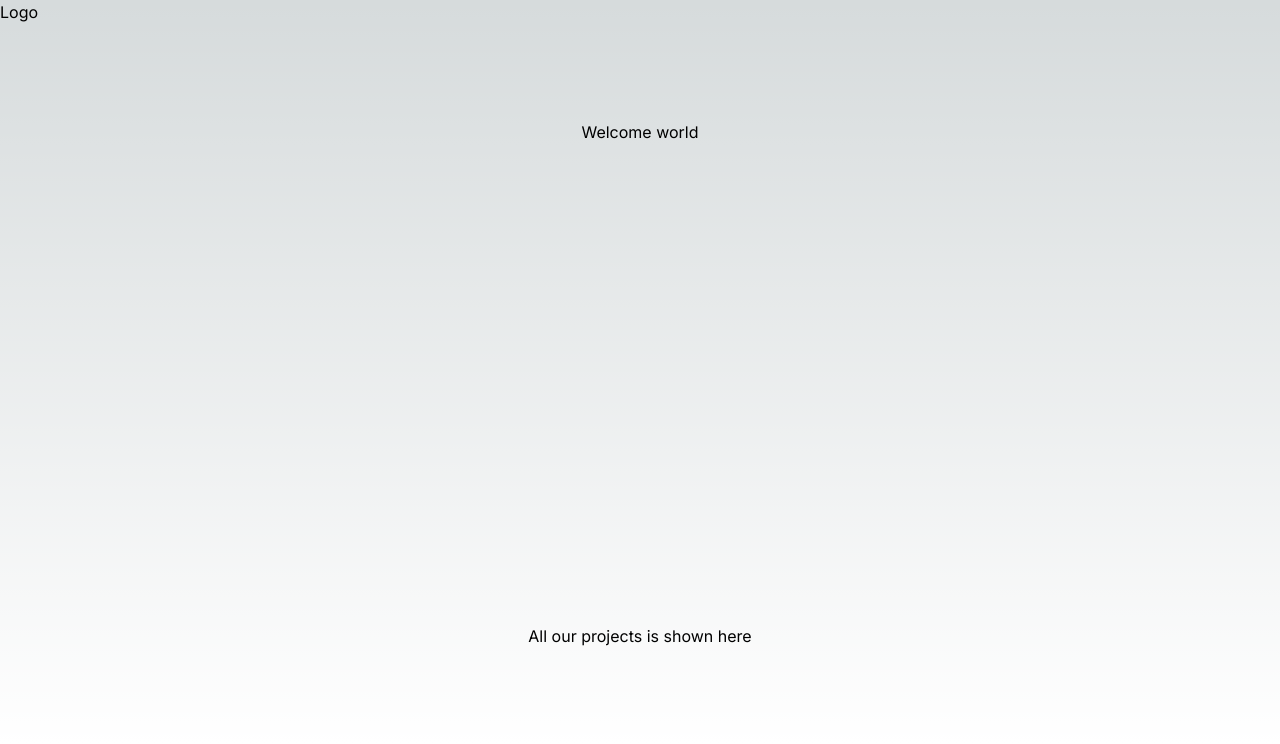
Repository: ITwhitecliffe/Portfolio
Page: /
An editor plug-in stored every save of this project. The page is shown before and after the next save, followed by the edit.
The browser window is 1280 px wide. The pictures show the whole page.
The project was rebuilt for these pictures with package versions that can differ from the ones it lists, and the page was loaded fresh each time. The framework's server and built-in components were replaced by stand-ins that run in the browser. Also part of the build but not shown: next.config.mjs.

Above is the page before, as saved 2024-04-02 12:12:05.

After the next save:
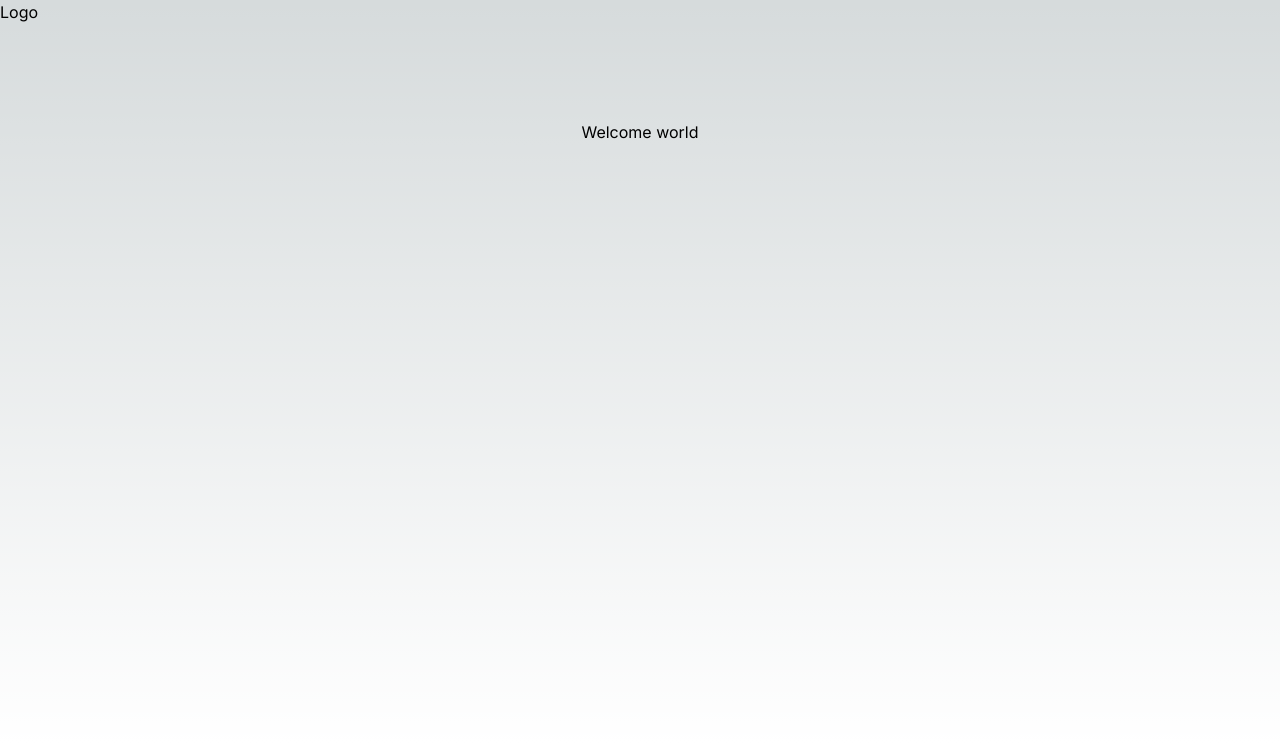
Saved 49 s later.
--- a/app/page.js
+++ b/app/page.js
@@ -6,7 +6,6 @@ export default function Home() {
   return (
     <main className="flex min-h-screen flex-col items-center justify-between p-24">
       <Hero />
-      <Projects />
     </main>
   );
 }
